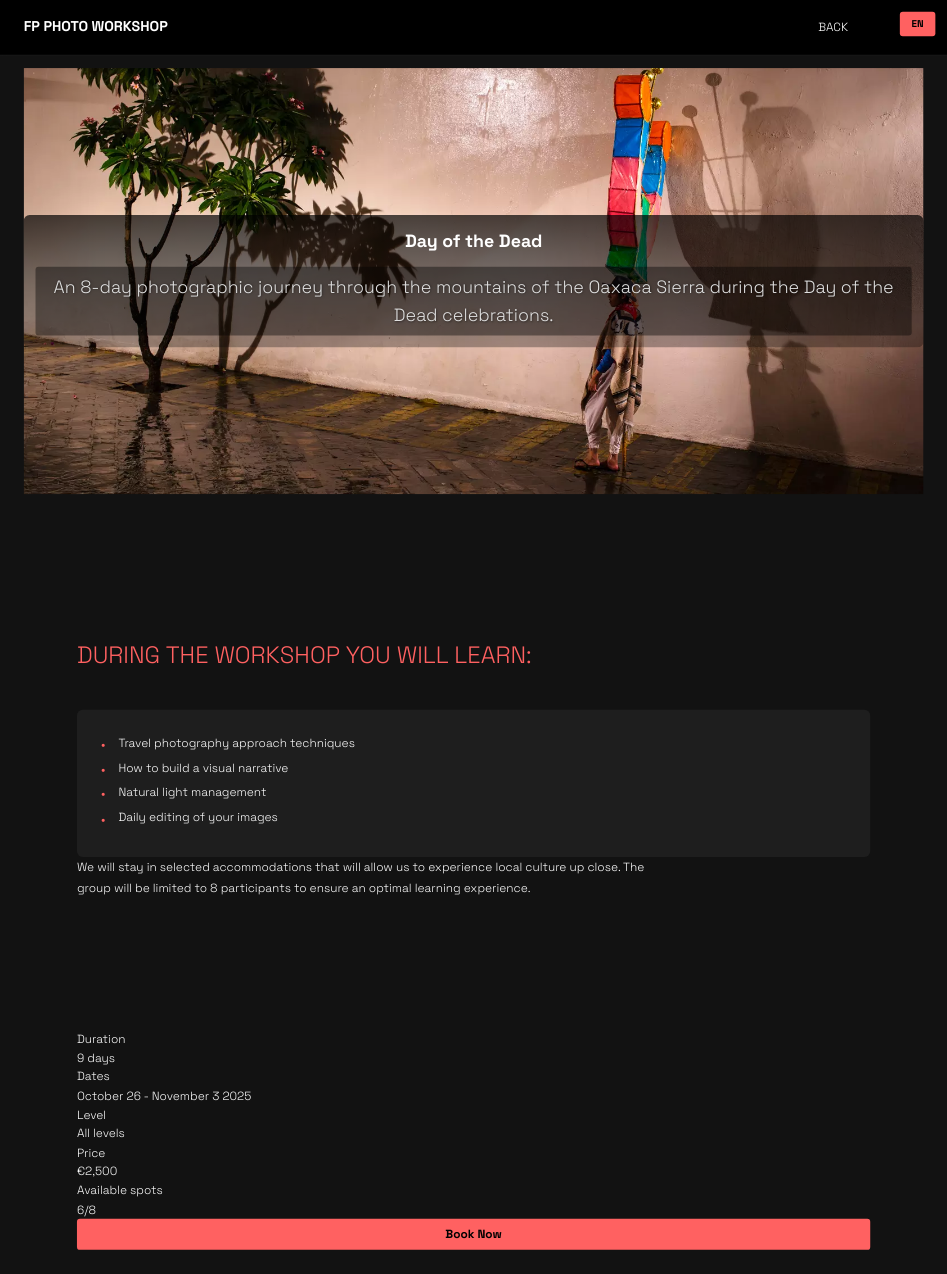
Repository: philipkdpavkia/photo-auto
Page: workshop/mexico.html
An editor plug-in stored every save of this project. The page is shown before and after the next save, followed by the edit.
The browser window is 1280 px wide. The pictures show the whole page, at 74% of full size.

Above is the page before, as saved 2024-11-22 00:33:12.

After the next save:
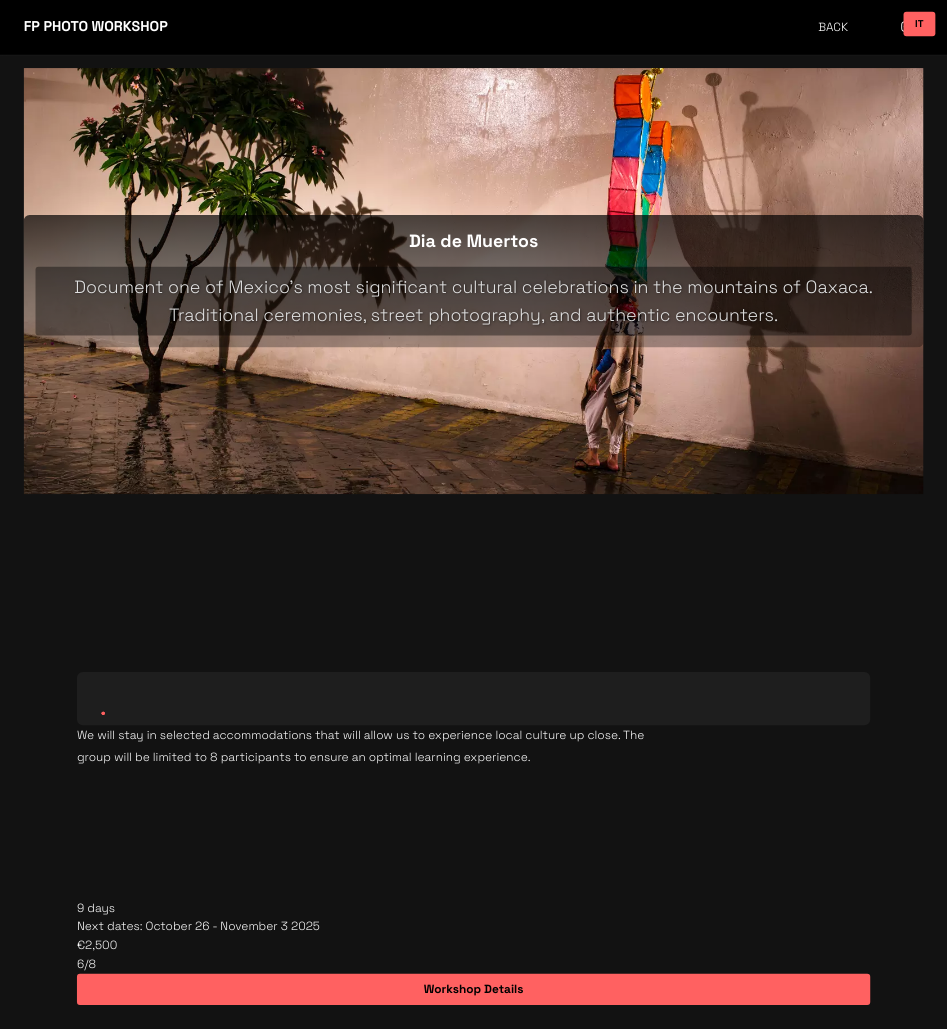
Saved 2 min 19 s later.
--- a/workshop/mexico.html
+++ b/workshop/mexico.html
@@ -40,9 +40,9 @@
     <header class="header">
         <nav class="nav">
             <a class="logo" href="/workshop/index.html">FP PHOTO WORKSHOP</a>
-            <button id="langSwitch" class="lang-switch" onclick="switchLanguage()">EN</button>
+            <button id="langSwitch" class="lang-switch" onclick="switchLanguage()">IT</button>
             <div class="nav-links">
-                <a href="../index.html" data-i18n="workshops.mexico.back">BACK</a>
+                <a href="../index.html" data-translate="workshops_page.back">Back</a>
                 <a href="https://instagram.com/fpphotoworkshop" target="_blank" class="instagram-link">
                     <i class="fab fa-instagram"></i>
                 </a>
@@ -55,57 +55,53 @@
             <div class="workshop-link">
                 <img alt="Day of the Dead" src="../images/mexico/mex.webp" class="workshop-hero"/>
                 <div class="workshop-text">
-                    <h1 data-i18n="workshops.mexico.title">Day of the Dead</h1>
-                    <p data-i18n="workshops.mexico.description">
-                        An 8-day photographic journey through the mountains of the Oaxaca Sierra during the Day of the Dead celebrations.
-                    </p>
+                    <h1 data-translate="workshops_page.cards.mexico.title"></h1>
+                    <p data-translate="workshops_page.cards.mexico.description"></p>
                 </div>
             </div>
         </section>
 
         <section class="about">
             <div class="workshop-content">
-                <h2 data-i18n="workshops.mexico.learn" class="section-title">During the workshop you will learn:</h2>
+                <h2 class="section-title" data-translate="workshops_page.learn_title"></h2>
+
                 <div class="philosophy">
                     <ul>
-                        <li data-i18n="workshops.mexico.technique1">Travel photography approach techniques</li>
-                        <li data-i18n="workshops.mexico.technique2">How to build a visual narrative</li>
-                        <li data-i18n="workshops.mexico.technique3">Natural light management</li>
-                        <li data-i18n="workshops.mexico.technique4">Daily editing of your images</li>
+                        <li data-translate="workshops_page.techniques.1"></li>
+                        <li data-translate="workshops_page.techniques.2"></li>
+                        <li data-translate="workshops_page.techniques.3"></li>
+                        <li data-translate="workshops_page.techniques.4"></li>
                     </ul>
                 </div>
-                <p data-i18n="workshops.mexico.accommodation">
-                    We will stay in selected accommodations that will allow us to experience local culture up close.
-                    The group will be limited to 8 participants to ensure an optimal learning experience.
-                </p>
+
+                <p data-translate="workshops_page.accommodation"></p>
             </div>
         </section>
 
         <section class="contact">
             <div class="workshop-sidebar">
                 <div class="info-block">
-                    <div class="info-label" data-i18n="workshops.mexico.duration">Duration</div>
-                    <div class="info-value" data-i18n="workshops.mexico.duration_value">9 days</div>
+                    <div class="info-label" data-translate="workshops_page.details.duration_label"></div>
+                    <div class="info-value" data-translate="workshops_page.cards.mexico.duration"></div>
                 </div>
                 <div class="info-block">
-                    <div class="info-label" data-i18n="workshops.mexico.dates">Dates</div>
-                    <div class="info-value" data-i18n="workshops.mexico.dates_value">October 26 - November 3 2025</div>
+                    <div class="info-label" data-translate="workshops_page.details.dates_label"></div>
+                    <div class="info-value" data-translate="workshops_page.cards.mexico.dates"></div>
                 </div>
                 <div class="info-block">
-                    <div class="info-label" data-i18n="workshops.mexico.level">Level</div>
-                    <div class="info-value" data-i18n="workshops.mexico.level_value">All levels</div>
+                    <div class="info-label" data-translate="workshops_page.details.level_label"></div>
+                    <div class="info-value" data-translate="workshops_page.details.level_value"></div>
                 </div>
                 <div class="info-block">
-                    <div class="info-label" data-i18n="workshops.mexico.price">Price</div>
-                    <div class="info-value" data-i18n="workshops.mexico.price_value">€2,500</div>
+                    <div class="info-label" data-translate="workshops_page.details.price_label"></div>
+                    <div class="info-value">€2,500</div>
                 </div>
                 <div class="info-block">
-                    <div class="info-label" data-i18n="workshops.mexico.spots">Available spots</div>
-                    <div class="info-value" data-i18n="workshops.mexico.spots_value">6/8</div>
+                    <div class="info-label" data-translate="workshops_page.details.spots_label"></div>
+                    <div class="info-value">6/8</div>
                 </div>
-                <a href="iscrizione.html?workshop=mexico" class="workshop-button" data-i18n="workshops.mexico.book">Book Now</a>
+                <a href="iscrizione.html?workshop=mexico" class="workshop-button" data-translate="workshops_page.cards.mexico.button"></a>
             </div>
         </section>
     </main>
 </body>
-</html>
